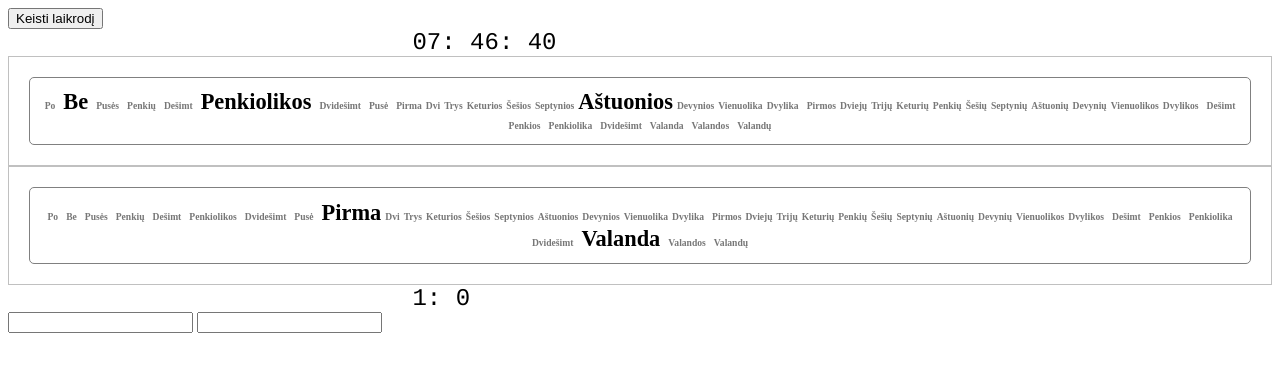
Repository: Skaidrius/WordClock
Page: index.html
The author's editor kept a record of every edit. The page is drawn from the files as they stood at one moment, then again after the next edit.
The browser window is 1280 px wide. The pictures show the whole page.
Some web libraries are served in a nearby version.

Above is the page before.

### index.html
<!DOCTYPE html>
<html>

<head>
    <meta charset="UTF-8">
    <title>Laikrodukas</title>
    <link type="text/css" rel="stylesheet" href="style.css"></link>
</head>

<body ng-app="clockApp">

    <div ng-controller="DataController" ng-init="init();">
        <button ng-click="changeClass()">Keisti laikrodį</button><br>
        <span class="digital">{{currHours}}: {{currMins}}: {{currSecs}}</span>

        <show-big-clock></show-big-clock>
    </div>


    <div ng-controller="TestController" ng-init="currHours = '1'; currMins = '0';">
        <div id="clck-bgr">
        <ul>
            <li ng-class="currMins >= 5 && currMins < 25 || currMins >= 35 && currMins < 40 ? 'active' : 'passive'">{{after}}</li>
            <li ng-class="currMins >= 25 && currMins < 30 || currMins >= 40 ? 'active' : 'passive'">{{till}}</li>
            <li ng-class="currMins >= 35 && currMins < 40 ? 'active' : 'passive'">{{afterhalf}}</li>
            <li ng-class="currMins >= 25 && currMins < 30 || currMins >=  55 ? 'active' : 'passive'">{{fivetill}}</li>
            <li ng-class="currMins >= 50 && currMins < 55 ? 'active' : 'passive'">{{ten}}</li>
            <li ng-class="currMins >= 45 && currMins < 50 ? 'active' : 'passive'">{{quarter}}</li>
            <li ng-class="currMins >= 40 && currMins < 45 ? 'active' : 'passive'">{{twenty}}</li>
            <li ng-class="currMins >= 25 && currMins < 35 ? 'active' : 'passive'">{{half}}</li>

            <li ng-show="item.value!= 13" ng-repeat="item in hoursPastHalf" ng-class="currMins >= 40 && item.value-1 == currHours || currMins < 5 && item.value == currHours ? 'active' : 'passive'">{{item.name }}</li>

            <li ng-show="item.value!= 13" ng-repeat="item in hoursPastZero" ng-class="currMins >= 5 && currMins < 25 && item.value == currHours || currMins >= 25 && currMins < 40 && item.value-1 == currHours ? 'active' : 'passive'">{{item.name }}</li>

            <li ng-class="currMins > 9 && currMins < 15 || currHours == tenHours.value && currMins >= 0 && currMins < 25 || currMins >= 25 && currMins < 60 && tenHours.value-1 == currHours ? 'active' : 'passive'">{{tenHours.name}}</li>

            <li ng-class="currMins < 10 && five.value == currHours ||
                    currMins > 35 && five.value-1 == currHours ||
                    currMins >=5 && currMins < 10 ||
                    currMins >= 35 && currMins < 40 ? 'active' : 'passive'">{{five.name}}</li>

            <li ng-class="currMins >= 15 && currMins < 20? 'active' : 'passive'">{{fifteen}}</li>
            <li ng-class="currMins >= 20 && currMins < 25 ? 'active' : 'passive'">{{twenty}}</li>
            <li ng-class="currMins < 5 && currHours == 1 < 5 ? 'active' : 'passive'">{{hour}}</li>
            <li ng-class="currMins < 5 && currHours > 1 && currHours <= 9 ? 'active' : 'passive'">{{hours}}</li>
            <li ng-class="currMins < 5 && currHours > 9 ? 'active' : 'passive'">{{morehour}}</li>
        </ul>
        </div>

        <div class="digital">
            <span>{{currHours}}: {{currMins}}</span><br>
         </div>
         <div>
            <input type="number" ng-model="currHours"/></label>
            <input type="number" ng-model="currMins"/></label>
         </div>
    </div>


<script src="https://ajax.googleapis.com/ajax/libs/angularjs/1.3.12/angular.min.js"></script>
<script type="text/javascript" src="app.js"></script>
</body>

</html>

### style.css
#clck-bgr {
    text-align: center;
    width: auto;
    height: auto;
    padding: 15px;
    border: 1px solid silver;
}

#clck-bgr-1 {
    text-align: center;
    max-width: 300px;
    height: auto;
    margin: 0 auto;
    border: 1px solid silver;
}

ul {
    width: auto;
    height: auto;
    border: 1px solid grey;
    border-radius: 5px;
    padding: 0.7em;
    margin: 5px;
}
ul li    {
    list-style: none;
    display: inline-block;
    padding: 0 2px;
    font-weight: bold;
}

.active   { color: #000; font-size: 1.4em}
.passive  { color: #777; font-size: 0.6em}

.visible   { visibility: visible; font-size: 1.4em}
.hidden  { display: none; font-size: 0.6em}

.digital {
    font-family: ‘Courier New’, Courier, monospace;
    font-size: 24px;
    margin-left: 32%;
}

### app.js
var app = angular.module('clockApp', []);
  app.controller('DataController', function($scope, $interval, $filter) {

    $scope.init = $interval(function(){
        $scope.input = new Date();
        $scope.currHours = $filter('date')($scope.input, 'hh');
        $scope.currMins = $filter('date')($scope.input, 'mm');
        $scope.currSecs = $filter('date')($scope.input, 'ss');

        $scope.hoursPastHalf= [ {value:   1,     name: "Pirma" },
                        {value:   2,     name: "Dvi"        },
                        {value:   3,     name: "Trys"       },
                        {value:   4,     name: "Keturios"   },
                        {value:   6,     name: "Šešios"     },
                        {value:   7,     name: "Septynios"  },
                        {value:   8,     name: "Aštuonios"  },
                        {value:   9,     name: "Devynios"   },
                        {value:  11,     name: "Vienuolika" },
                        {value:  12,     name: "Dvylika"    },
                        {value:  13,     name: "Pirma"      } ];

        $scope.tenHours = {value:  10,     name: "Dešimt"   };
        $scope.five =   {value:  5,     name:  "Penkios"    };

        $scope.hoursPastZero = [ {value:  1,     name: "Pirmos"     },
                        {value:  2,     name: "Dviejų"      },
                        {value:  3,     name: "Trijų"       },
                        {value:  4,     name: "Keturių"     },
                        {value:  5,     name: "Penkių"      },
                        {value:  6,     name: "Šešių"       },
                        {value:  7,     name: "Septynių"    },
                        {value:  8,     name: "Aštuonių"    },
                        {value:  9,     name: "Devynių"     },
                        {value:  11,    name: "Vienuolikos" },
                        {value:  12,    name: "Dvylikos"    },
                        {value:  13,    name: "Pirmos"      }  ];

        $scope.till = "Be";
        $scope.after = "Po";

        $scope.fivetill = "Penkių";
        $scope.ten = "Dešimt";
        $scope.quarter = "Penkiolikos";
        $scope.fifteen = "Penkiolika";
        $scope.twenty = "Dvidešimt";
        $scope.half = "Pusė";
        $scope.afterhalf = "Pusės";

        $scope.hour = "Valanda";
        $scope.hours = "Valandos";
        $scope.morehour = "Valandų";

},100 );

    $scope.showClassName = 'active';
    $scope.hiddenClassName = 'passive';

    $scope.changeClass = function(){
        if ($scope.showClassName != "active"){
            $scope.showClassName = "active";
            $scope.hiddenClassName = "passive";
          } else {
            $scope.showClassName = "visible";
            $scope.hiddenClassName = "hidden";
          }
    };

});

// tests
app.controller('TestController', function($scope, $interval) {  //clone for testing

    $scope.init = $interval(function(){

        $scope.hoursPastHalf= [ {value:   1,     name: "Pirma" },
                        {value:   2,     name: "Dvi"        },
                        {value:   3,     name: "Trys"       },
                        {value:   4,     name: "Keturios"   },
                        {value:   6,     name: "Šešios"     },
                        {value:   7,     name: "Septynios"  },
                        {value:   8,     name: "Aštuonios"  },
                        {value:   9,     name: "Devynios"   },
                        {value:  11,     name: "Vienuolika" },
                        {value:  12,     name: "Dvylika"    },
                        {value:  13,     name: "Pirma"      } ];

        $scope.tenHours = {value:  10,  name: "Dešimt"      };
        $scope.five =   {value:  5,     name:  "Penkios"    };

        $scope.hoursPastZero = [ {value:  1,     name: "Pirmos"     },
                        {value:  2,     name: "Dviejų"      },
                        {value:  3,     name: "Trijų"       },
                        {value:  4,     name: "Keturių"     },
                        {value:  5,     name: "Penkių"      },
                        {value:  6,     name: "Šešių"       },
                        {value:  7,     name: "Septynių"    },
                        {value:  8,     name: "Aštuonių"    },
                        {value:  9,     name: "Devynių"     },
                        {value:  11,    name: "Vienuolikos" },
                        {value:  12,    name: "Dvylikos"    },
                        {value:  13,    name: "Pirmos"      }  ];

        $scope.till = "Be";
        $scope.after = "Po";

        $scope.fivetill = "Penkių";
        $scope.ten = "Dešimt";
        $scope.quarter = "Penkiolikos";
        $scope.fifteen = "Penkiolika";
        $scope.twenty = "Dvidešimt";
        $scope.half = "Pusė";
        $scope.afterhalf = "Pusės";

        $scope.hour = "Valanda";
        $scope.hours = "Valandos";
        $scope.morehour = "Valandų";

},100 );

});

app.directive('showBigClock', function(){
    return {
        templateUrl: 'clock.html'
    };
});

### clock.html
<div id="clck-bgr">
<ul>
    <li ng-class="currMins >= 5 && currMins < 25 || currMins >= 35 && currMins < 40 ? showClassName : hiddenClassName">{{after}}</li>
    <li ng-class="currMins >= 25 && currMins < 30 || currMins >= 40 ? showClassName : hiddenClassName">{{till}}</li>
    <li ng-class="currMins >= 35 && currMins < 40 ? showClassName : hiddenClassName ">{{afterhalf}}</li>
    <li ng-class="currMins >= 25 && currMins < 30 || currMins >=  55 ? showClassName : hiddenClassName">{{fivetill}}</li>
    <li ng-class="currMins >= 50 && currMins < 55 ? showClassName : hiddenClassName">{{ten}}</li>
    <li ng-class="currMins >= 45 && currMins < 50 ? showClassName : hiddenClassName">{{quarter}}</li>
    <li ng-class="currMins >= 40 && currMins < 45 ? showClassName : hiddenClassName">{{twenty}}</li>
    <li ng-class="currMins >= 25 && currMins < 35 ? showClassName : hiddenClassName">{{half}}</li>

    <li ng-show="item.value!= 13" ng-repeat="item in hoursPastHalf" ng-class="currMins >= 40 && item.value-1 == currHours || currMins < 5 && item.value == currHours ? showClassName : hiddenClassName">{{item.name }}</li>
    <li ng-show="item.value!= 13" ng-repeat="item in hoursPastZero" ng-class="currMins >= 5 && currMins < 25 && item.value == currHours || currMins >= 25 && currMins < 40 && item.value-1 == currHours ? showClassName : hiddenClassName">{{item.name }}</li>

    <li ng-class="currMins > 9 && currMins < 15 || currHours == tenHours.value && currMins >= 0 && currMins < 25 || currMins >= 25 && currMins < 60 && tenHours.value-1 == currHours ? showClassName : hiddenClassName">{{tenHours.name}}</li>

    <li ng-class="currMins < 10 && five.value == currHours ||
                    currMins > 35 && five.value-1 == currHours ||
                    currMins >=5 && currMins < 10 ||
                    currMins >= 35 && currMins < 40 ? showClassName : hiddenClassName">{{five.name}}</li>

    <li ng-class="currMins >= 15 && currMins < 20 ? showClassName : hiddenClassName">{{fifteen}}</li>
    <li ng-class="currMins >= 20 && currMins < 25 ? showClassName : hiddenClassName">{{twenty}}</li>
    <li ng-class="currMins < 5 && currHours == 1 < 5 ? showClassName : hiddenClassName">{{hour}}</li>
    <li ng-class="currMins < 5 && currHours > 1 && currHours <= 9 ? showClassName : hiddenClassName">{{hours}}</li>
    <li ng-class="currMins < 5 && currHours > 9 ? showClassName : hiddenClassName">{{morehour}}</li>
</ul>
</div>

After the next edit:
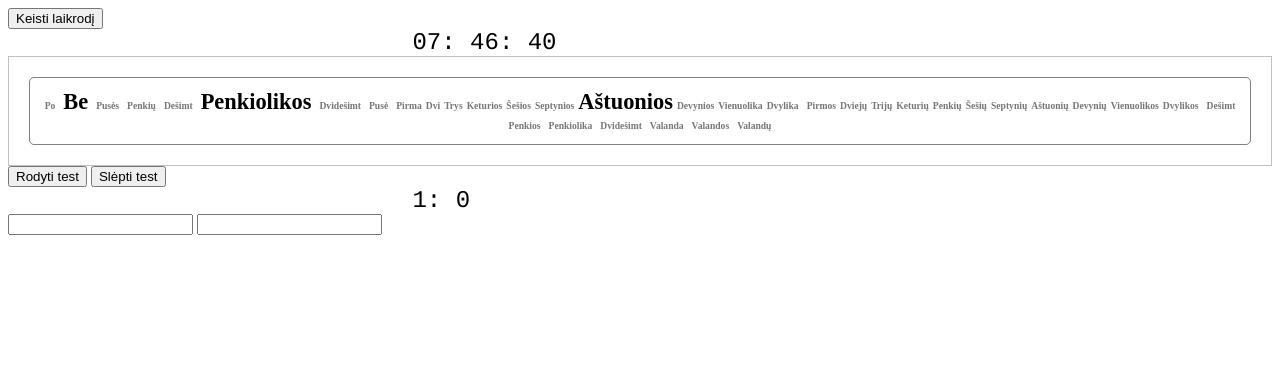
The edit:
--- a/index.html
+++ b/index.html
@@ -18,7 +18,9 @@
 
 
     <div ng-controller="TestController" ng-init="currHours = '1'; currMins = '0';">
-        <div id="clck-bgr">
+        <button ng-click="show=true">Rodyti test</button>
+        <button ng-click="show=false">Slėpti test</button>
+        <div ng-show="show" id="clck-bgr">
         <ul>
             <li ng-class="currMins >= 5 && currMins < 25 || currMins >= 35 && currMins < 40 ? 'active' : 'passive'">{{after}}</li>
             <li ng-class="currMins >= 25 && currMins < 30 || currMins >= 40 ? 'active' : 'passive'">{{till}}</li>
